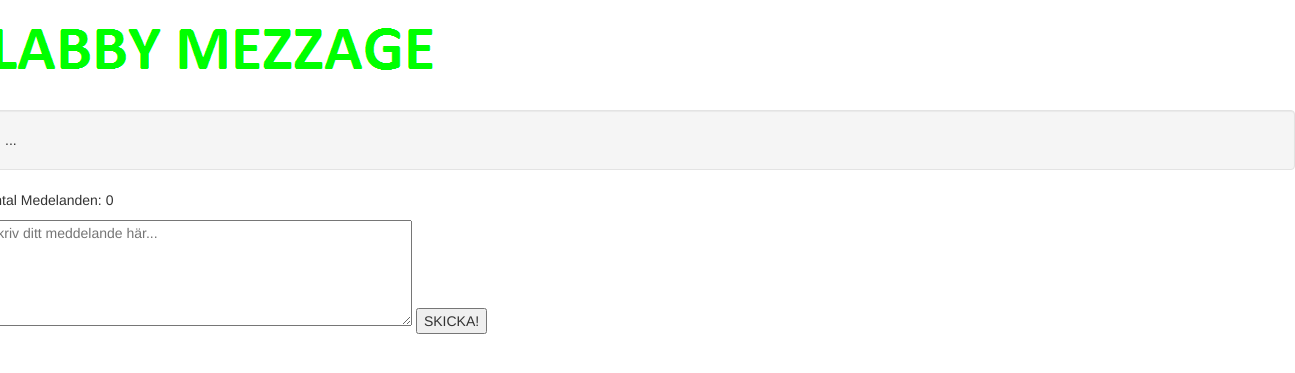
Repository: mc22dg/1dv403-laborationer
Page: 2-labbymezzage/index.html
The author's editor kept a record of every edit. The page is drawn from the files as they stood at one moment, then again after the next edit.
The browser window is 1280 px wide. The page is 1295 px wide, so the pictures cover 1295 px, including what lies to the right of the window. The pictures show the whole page.

Above is the page before.
Console error (its wording comes from the project's code and is left out).

### 2-labbymezzage/index.html
<!DOCTYPE html>
<html lang="sv">
<head>
    <meta charset="UTF-8" />
        <title>Labby mezzage</title>
            <link rel="stylesheet" href="https://maxcdn.bootstrapcdn.com/bootstrap/3.3.1/css/bootstrap.min.css">
            <link rel="stylesheet" href="style.css"/>

</head>

<body>

    <div class="row">
    <div class="col-md-offset-3 col-md-6"></div>


    <div id="logo">
            <img src="logo.png" alt="">
    </div>

    <div id="message">

    </div>
    <div class="well">...</div>

    <div>
        <form>
            <p id="numberOfMess">Antal Medelanden: 0</p>
                <textarea id="textarea" rows="5" cols="50" placeholder="Skriv ditt meddelande här..."></textarea>
            <input id="buttom" type="submit" value="SKICKA!" />
        </form>
    </div>

    <script src="https://maxcdn.bootstrapcdn.com/bootstrap/3.3.1/js/bootstrap.min.js"></script>
     <script src="message.js"></script>
    <script src="messageEngine.js"></script>
    </div>
    </div>
</body>

</html>

### 2-labbymezzage/style.css
#logo{

}

#message{


}

### 2-labbymezzage/message.js
"use strict";

window.onload = function(){

    function message(message, date){

    	this.getText = function(){ //Hämtar meddelandetexten
                return message;
        }
        this.setText = function(_text){ //Sätter meddelandetexten
                message = _text;
        }
        this.getDate = function(){ //Hämtar datumet
                 return date;
        }
        this.setDate = function(_date){ //Sätter datumet
                   date = _date;
        }

}

Message.prototype.toString = function(){ //En strängpresentation av objektet
        return this.getText()+" ("+this.getDate()+")";
        }


Message.prototype.getHTMLText = function() { //Hämtar texten med \n utbytt mot <br>
return this.getText().replace(/ \n /g, "<br />");
        }

Message.prototype.getDateText = function(){
        }
























}

### 2-labbymezzage/messageEngine.js
"use strict"

var MessageBoard = {

        messages: [], //En array för alla meddelanden.


}

After the next edit:
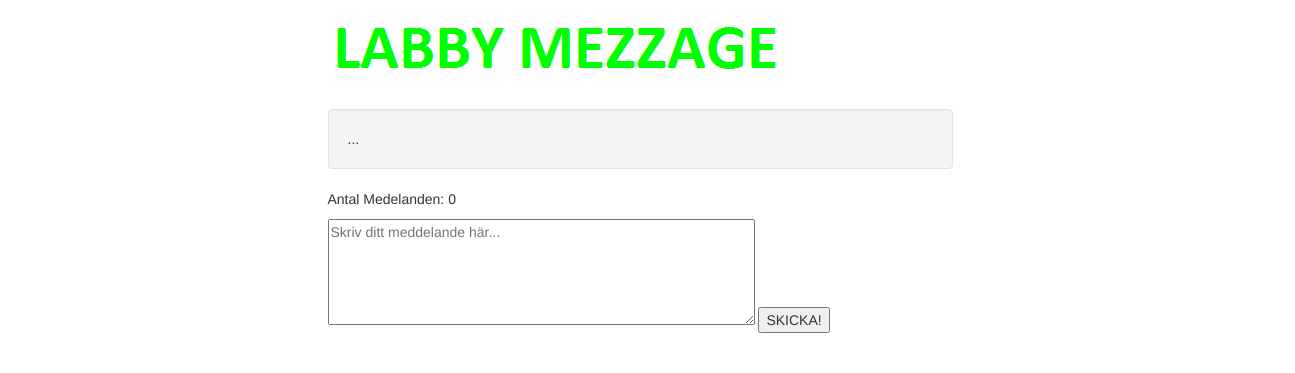
The edit:
--- a/2-labbymezzage/index.html
+++ b/2-labbymezzage/index.html
@@ -11,7 +11,7 @@
 <body>
 
     <div class="row">
-    <div class="col-md-offset-3 col-md-6"></div>
+    <div class="col-md-offset-3 col-md-6">
 
 
     <div id="logo">
